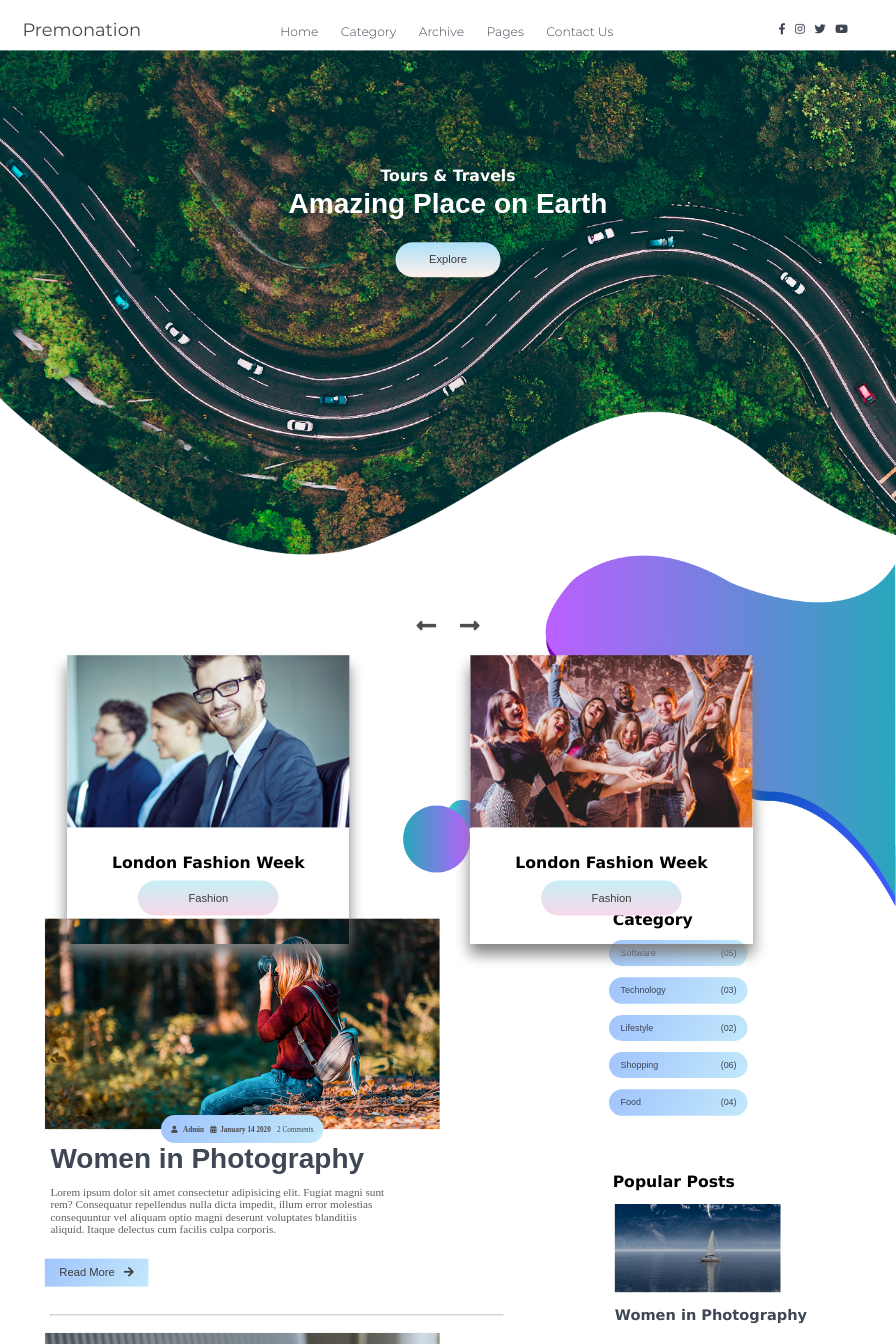
Repository: premjawaharp/Blogsite
Page: index.html
An editor plug-in stored every save of this project. The page is shown before and after a run of saves, followed by the edit.
The browser window is 1280 px wide. The pictures show the part of the page from y = 0 to 1920 px (the page is 4203 px tall), at 70% of full size.

Above is the page before, as saved 2020-09-19 00:34:30.

### index.html
<!DOCTYPE html>
<html lang="en">
<head>
    <meta charset="UTF-8">
    <meta name="viewport" content="width=device-width, initial-scale=1.0">
    <title>Blogger</title>

    <!--Font Awesome style-->
    <link rel="stylesheet" href="css/all.css">

    <!-- Owl Carousel style -->
    <link rel="stylesheet" href="./css/owl.carousel.min.css">
    <link rel="stylesheet" href="./css/owl.theme.default.css">

    <!--Custom style-->
    <link rel="stylesheet" href="css/style.css">
</head>
<body>
    <!------------- Navigation ------------------>
   <nav class="nav">
        <div class="nav-menu flex-row">
            <div class="nav-brand">
                <a href="#" class="text-gray">Premonation</a>
            </div>
            <div class="toggle-collapse">
                <div class="toggle-icons">
                    <i class="fas fa-bars"></i>
                </div>
            </div>
            <div>
                <ul class="nav-items">
                    <li class="nav-link">
                        <a href="#">Home</a>
                    </li>
                    <li class="nav-link">
                        <a href="#">Category</a>
                    </li>
                    <li class="nav-link">
                        <a href="#">Archive</a>
                    </li>
                    <li class="nav-link">
                        <a href="#">Pages</a>
                    </li>
                    <li class="nav-link">
                        <a href="/contactus.html">Contact Us</a>
                    </li>
                </ul>
            </div>
            <div class="social text-gray">
                    <a href="#"><i class="fab fa-facebook-f"></i></a>
                    <a href="#"><i class="fab fa-instagram"></i></a>
                    <a href="#"><i class="fab fa-twitter"></i></a>
                    <a href="#"><i class="fab fa-youtube"></i></a>
            </div>
        </div>
    </nav>
    <!-----x------- Navigation --------x--------->

    <!-- Main site section -->
    <main>
        <!---- Site title ---->
        <section class="site-title">
            <div class="site-background">
                <h3>Tours & Travels</h3>
                <h1>Amazing Place on Earth</h1>
                <button class="btn">Explore</button>
            </div>
        </section>
        <!-- x Site title x -->
        <!-- Blog Carousel content -->
        <section>
            <div class="blog">
                <div class="container">
                    <div class="owl-carousel owl-theme blogpost">
                        <div class="blog-content">
                            <img src="./assets/Blog-post/post-1.jpg" alt="post1">
                            <div class="blog-title">
                                <h3>London Fashion Week</h3>
                                <button class="btn">Fashion</button>
                            </div>
                        </div>
                        <div class="blog-content">
                            <img src="./assets/Blog-post/post-2.jpg" alt="post2">
                            <div class="blog-title">
                                <h3>London Fashion Week</h3>
                                <button class="btn">Fashion</button>
                            </div>
                        </div>
                        <div class="blog-content">
                            <img src="./assets/Blog-post/post-3.jpg" alt="post3">
                            <div class="blog-title">
                                <h3>London Fashion Week</h3>
                                <button class="btn">Fashion</button>
                            </div>
                        </div>
                        <div class="blog-content">
                            <img src="./assets/Blog-post/post-1.jpg" alt="post1">
                            <div class="blog-title">
                                <h3>London Fashion Week</h3>
                                <button class="btn">Fashion</button>
                            </div>
                        </div>

                    </div>
                    <div class="owl-navigation">
                        <span class="owl-nav-prev"><i class="fas fa-long-arrow-alt-left"></i></span>
                        <span class="owl-nav-next"><i class="fas fa-long-arrow-alt-right"></i></span>
                    </div>
                </div>
            </div>
        </section>
        <!-- x Blog Carousel content x -->

        <!---- Site Content ---->

        <section class="container">
            <div class="site-content">
                <div class="posts">
                    <div class="post-content">
                        <div class="post-image">
                            <div>
                                <img  src="./assets/Blog-post/blog1.png" class="img" alt="blog1">
                            </div>
                            <div class="post-info flex-row">
                                <span><i class="fas fa-user text-gray">&nbsp;&nbsp; Admin</i></span>&nbsp;
                                <span><i class="fas fa-calendar-alt text-gray">&nbsp;&nbsp;January 14 2020</i></span>&nbsp;
                                <span class="text-gray">2 Comments</span>
                            </div>
                        </div>
                        <div class="post-title">
                            <a href="/blog1.html"><h1>Women in Photography</h1></a>
                            <p>Lorem ipsum dolor sit amet consectetur adipisicing elit.
                                Fugiat magni sunt rem? Consequatur repellendus nulla dicta impedit, illum error molestias consequuntur vel aliquam optio magni deserunt voluptates blanditiis aliquid. Itaque delectus cum facilis culpa corporis.</p>
                        </div>
                        <a href="/blog1.html">
                            <button class="btn post-btn"> Read More &nbsp; <i class="fas fa-arrow-right"></i></button>
                        </a>

                    </div>
                    <hr>
                    <div class="post-content">
                        <div class="post-image">
                            <div>
                                <img  src="./assets/Blog-post/blog2.png" class="img" alt="blog">
                            </div>
                            <div class="post-info flex-row">
                                <span><i class="fas fa-user text-gray">&nbsp;&nbsp; Admin</i></span>&nbsp;
                                <span><i class="fas fa-calendar-alt text-gray">&nbsp;&nbsp;January 14 2020</i></span>&nbsp;
                                <span class="text-gray">2 Comments</span>
                            </div>
                        </div>
                        <div class="post-title">
                            <a href="/blog2.html"><h1>Womennn in Photography</h1></a>
                            <p>Lorem ipsum dolor sit amet consectetur adipisicing elit.
                                Fugiat magni sunt rem? Consequatur repellendus nulla dicta impedit, illum error molestias consequuntur vel aliquam optio magni deserunt voluptates blanditiis aliquid. Itaque delectus cum facilis culpa corporis.</p>
                        </div>
                        <a href="/blog2.html">
                            <button class="btn post-btn"> Read More &nbsp; <i class="fas fa-arrow-right"></i></button>
                        </a>
                    </div>
                    <hr>
                    <div class="post-content">
                        <div class="post-image">
                            <div>
                                <img  src="./assets/Blog-post/blog3.png" class="img" alt="blog3">
                            </div>
                            <div class="post-info flex-row">
                                <span><i class="fas fa-user text-gray">&nbsp;&nbsp; Admin</i></span>&nbsp;
                                <span><i class="fas fa-calendar-alt text-gray">&nbsp;&nbsp;January 14 2020</i></span>&nbsp;
                                <span class="text-gray">2 Comments</span>
                            </div>
                        </div>
                        <div class="post-title">
                            <a href="/blog3.html"><h1>Women in Photography</h1></a>
                            <p>Lorem ipsum dolor sit amet consectetur adipisicing elit.
                                Fugiat magni sunt rem? Consequatur repellendus nulla dicta impedit, illum error molestias consequuntur vel aliquam optio magni deserunt voluptates blanditiis aliquid. Itaque delectus cum facilis culpa corporis.</p>
                        </div>
                        <a href="/blog3.html">
                            <button class="btn post-btn"> Read More &nbsp; <i class="fas fa-arrow-right"></i></button>
                        </a>
                    </div>
                    <hr>
                    <div class="post-content">
                        <div class="post-image">
                            <div>
                                <img  src="./assets/Blog-post/blog4.png" class="img" alt="blog3">
                            </div>
                            <div class="post-info flex-row">
                                <span><i class="fas fa-user text-gray">&nbsp;&nbsp; Admin</i></span>&nbsp;
                                <span><i class="fas fa-calendar-alt text-gray">&nbsp;&nbsp;January 14 2020</i></span>&nbsp;
                                <span class="text-gray">2 Comments</span>
                            </div>
                        </div>
                        <div class="post-title">
                            <a href="#"><h1>Women in Photography</h1></a>
                            <p>Lorem ipsum dolor sit amet consectetur adipisicing elit.
                                Fugiat magni sunt rem? Consequatur repellendus nulla dicta impedit, illum error molestias consequuntur vel aliquam optio magni deserunt voluptates blanditiis aliquid. Itaque delectus cum facilis culpa corporis.</p>
                        </div>
                        <button class="btn post-btn">Read More &nbsp; <i class="fas fa-arrow-right"></i></button>
                    </div>
                    <hr>
                    <div class="pagination flex-row">
                        <a href="#"><i class="fas fa-chevron-left"></i></a>
                        <a href="#" class="page">1</a>
                        <a href="#" class="page">2</a>
                        <a href="#" class="page">3</a>
                        <a href="#" ><i class="fas fa-chevron-right"></i></a>
                    </div>
                </div>
                <aside class="sidebar">
                    <div class="category">
                        <h3>Category</h3>
                        <ul class="category-list">
                            <li class="list-items">
                                <a href="#">Software</a>
                                <span>(05)</span>
                            </li>
                            <li class="list-items">
                                <a href="#">Technology</a>
                                <span>(03)</span>
                            </li>
                            <li class="list-items">
                                <a href="#">Lifestyle</a>
                                <span>(02)</span>
                            </li>
                            <li class="list-items">
                                <a href="#">Shopping</a>
                                <span>(06)</span>
                            </li>
                            <li class="list-items">
                                <a href="#">Food</a>
                                <span>(04)</span>
                            </li>
                        </ul>
                    </div>
                    <div class="popular-post">
                        <h3>Popular Posts</h3>
                        <div class="post-content">
                            <div class="post-image">
                                <div>
                                    <img  src="./assets/Blog-post/blog4.png" class="img" alt="blog3">
                                </div>

                            </div>
                            <div class="post-title">
                                <a href="#"><h4>Women in Photography</h4></a>
                                <p>Lorem ipsum dolor sit amet consectetur adipisicing elit.
                                    Fugiat magni sunt rem? Consequatur repellendus nulla dicta impedit, illum error molestias consequuntur vel aliquam optio magni deserunt voluptates blanditiis aliquid. Itaque delectus cum facilis culpa corporis.</p>
                            </div>
                        </div>
                        <div class="post-content">
                            <div class="post-image">
                                <div>
                                    <img  src="./assets/Blog-post/blog4.png" class="img" alt="blog3">
                                </div>
                            </div>
                            <div class="post-title">
                                <a href="#"><h4>Biker Boys</h4></a>
                                <p>Lorem ipsum dolor sit amet consectetur adipisicing elit.
                                    Fugiat magni sunt rem? Consequatur repellendus nulla dicta impedit, illum error molestias consequuntur vel aliquam optio magni deserunt voluptates blanditiis aliquid. Itaque delectus cum facilis culpa corporis.</p>
                            </div>
                        </div>
                        <div class="post-content">
                            <div class="post-image">
                                <div>
                                    <img  src="./assets/Blog-post/blog4.png" class="img" alt="blog3">
                                </div>
                            </div>
                            <div class="post-title">
                                <a href="#"><h4>Don't judge the book by it's cover</h4></a>
                                <p>Lorem ipsum dolor sit amet consectetur adipisicing elit.
                                    Fugiat magni sunt rem? Consequatur repellendus nulla dicta impedit, illum error molestias consequuntur vel aliquam optio magni deserunt voluptates blanditiis aliquid. Itaque delectus cum facilis culpa corporis.</p>
                            </div>
                        </div>
                        <div class="news-letter">
                            <div class="news-form">
                                <h3>Newsletter</h3>
                                <div class="news-inputs">
                                    <input type="text" class='input-element' placeholder="Email">
                                    <button class="new-form-btn btn">Subscribe</button>
                                </div>

                            </div>
                        </div>
                        <div class="popular-tag">
                            <h3>Popular Tags</h3>
                            <div class="tags flex-row">
                                <span class="tag">Software</span>
                                <span class="tag">Technology</span>
                                <span class="tag">Travel</span>
                                <span class="tag">Lifestyle</span>
                                <span class="tag">Love</span>
                                <span class="tag">Story</span>
                                <span class="tag">Project</span>
                                <span class="tag">Cooking</span>
                            </div>

                        </div>

                    </div>
                </aside>

            </div>
        </section>
        <!-- x Site Content x -->

    </main>
    <!-- x Main site section x -->
    <!-- ------- footer ------- -->
    <footer class="footer">
        <div class="container">
            <div class="pad-pad">
                <div class="about-us">
                    <h3>About Us</h3>
                    <p class="">Lorem ipsum dolor sit amet consectetur adipisicing elit.
                        ut eius, dolorem eligendi quo, illum
                        assumenda laboriosam reiciendis
                        facilis perspiciatis nam quae iure quasi,
                         numquam sint ad. Aut, voluptatum amet?</p>
                </div>
                <div class="news-letter">
                    <h3>News Letter</h3>
                    <p>Stay upto date</p>
                    <div class="news-inputs">
                        <input type="text" class='input-element' placeholder="Email">
                        <span><i class='fas fa-chevron-right'></i></span>
                    </div>
                </div>
                <div class="instagram">
                    <h3>Instagram</h3>
                    <div class="insta-images flex-row">
                        <img src="./assets/instagram/thumb-card3.png" alt="insta3">
                        <img src="./assets/instagram/thumb-card4.png" alt="insta4">
                        <img src="./assets/instagram/thumb-card5.png" alt="insta5">
                    </div>
                    <div class="insta-images flex-row">
                        <img src="./assets/instagram/thumb-card6.png" alt="insta6">
                        <img src="./assets/instagram/thumb-card7.png" alt="insta7">
                        <img src="./assets/instagram/thumb-card8.png" alt="insta8">
                    </div>
                </div>
                <div class="follow">
                    <div class="social text-gray">
                    <h3>Follow</h3>
                    <p>Let us be Social</p>
                    <a href="#"><i class="fab fa-facebook-f"></i></a>
                    <a href="#"><i class="fab fa-instagram"></i></a>
                    <a href="#"><i class="fab fa-twitter"></i></a>
                    <a href="#"><i class="fab fa-youtube"></i></a>
                    <div class="move-up">
                        <span>
                            <a href="index.html"><i class="fas fa-arrow-circle-up"> </i></a>
                        </span>
                    </div>
                </div>
            </div>
        </div>

    </footer>

    <!-- -----x- footer -x----- -->
    <!-- Jquery library -->
    <script src="js/jquery3.5.1.min.js"></script>
    <!-- Owl Carousel Js -->
    <script src="js/owl.carousel.min.js"></script>
    <!-- Custom javascript -->
    <script src="js/script.js"></script>



</body>
</html>

### css/fonts.css
@font-face{
    font-family: Montserrat;
    src: url(../Montserrat/Montserrat-Light.ttf)
}
@font-face{
    font-family: Montserrat-Bold;
    src: url(../Montserrat/Montserrat-Bold.ttf)
}
@font-face{
    font-family: Montserrat-SemiBold;
    src: url(../Montserrat/Montserrat-SemiBold.ttf)
}
@font-face{
    font-family: Montserrat-Medium;
    src: url(../Montserrat/Montserrat-Regular.ttf)
}

@font-face{
    font-family: Anton-Regular;
    src: url(../Anton/Anton-Regular.ttf)
}

### js/script.js
const responsive ={
    320:{
        items:1
    },
    620:{
        items:2
    },
    100:{
        items:3
    }
}

$(document).ready(function(){

    $nav = $('.nav');
    $toggleCollapse = $('.toggle-collapse')

    // click event on toggle menu
    $toggleCollapse.click(function(){
        $nav.toggleClass('collapse');
    })
})

// owl carousel for blog
$('.owl-carousel').owlCarousel(
    {
        loop:true,
        autoplay:true,
        autoplayTimeout: 4000,
        fluidSpeed:1,
        dots:false,
        nav:true,
        animateOut:true,
        navText:[$('.owl-navigation .owl-nav-prev'),$('.owl-navigation .owl-nav-next')],
        responsive:responsive


    }
)

Loaded but not shown: css/all.css (library); css/owl.carousel.min.css (library); css/owl.theme.default.css (common file); js/jquery3.5.1.min.js (library); js/owl.carousel.min.js (library); css/style.css (568 lines, source omitted)

After the next 2 saves:
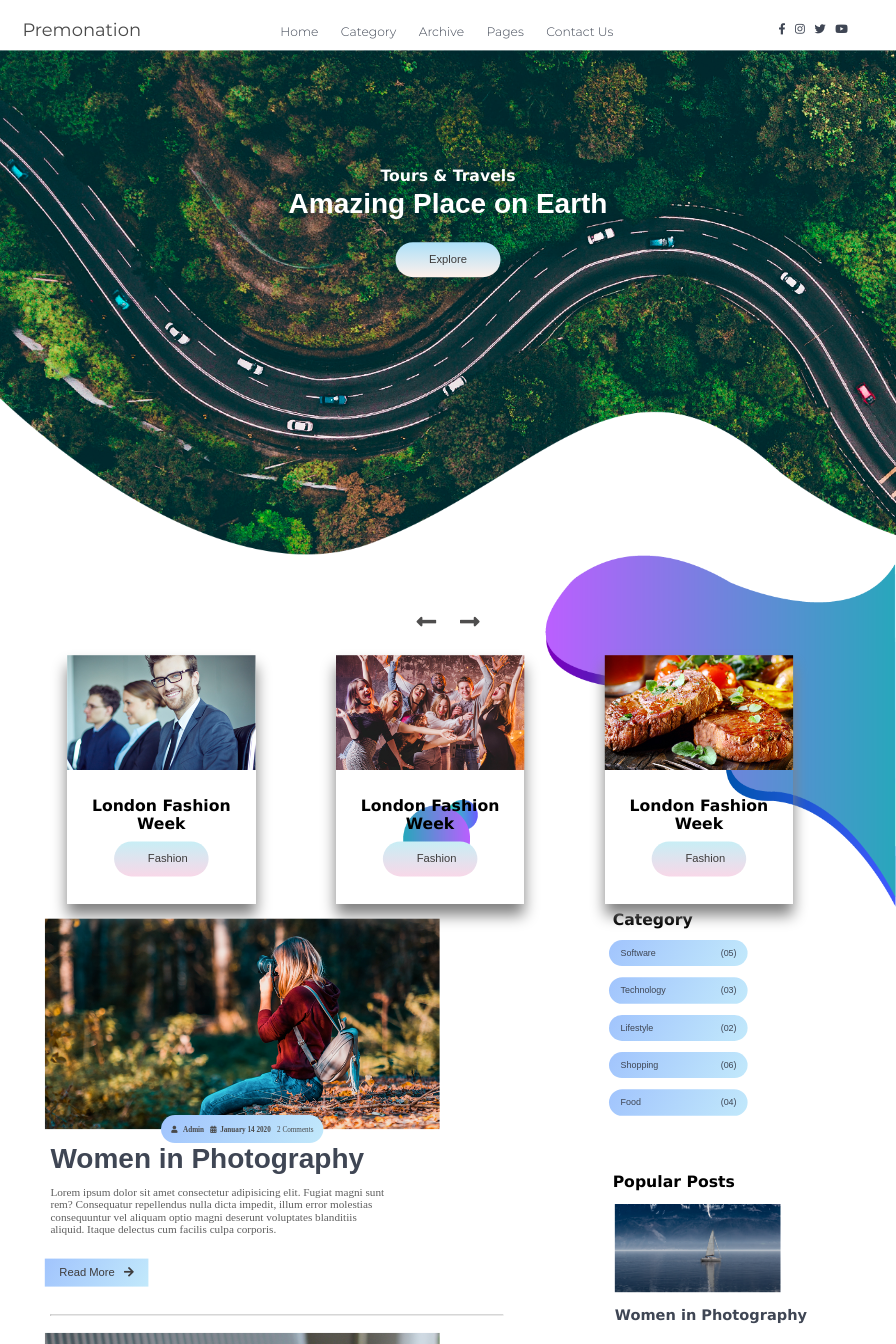
The 2 saves are shown as one change because they came seconds apart.
The last was saved 13 s later.
--- a/js/script.js
+++ b/js/script.js
@@ -5,9 +5,10 @@ const responsive ={
     620:{
         items:2
     },
-    100:{
+    1000:{
         items:3
     }
+
 }
 
 $(document).ready(function(){
